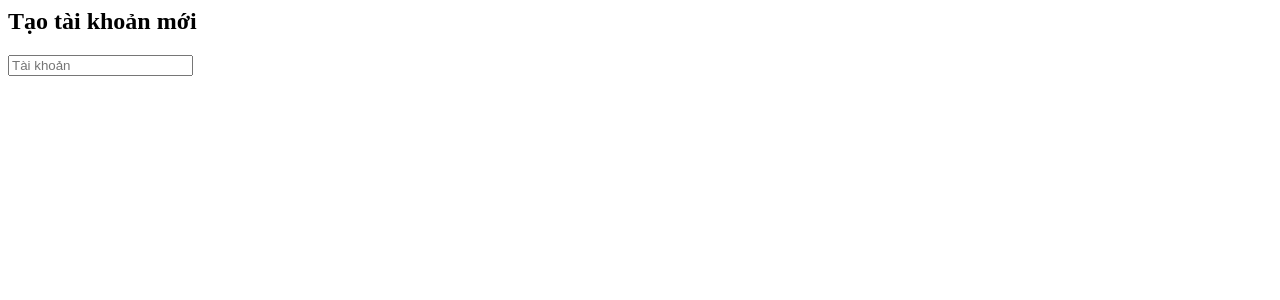
Repository: NguyenNgocThaoo/Nguyen-Ngoc-Thao-22133051
Page: http://localhost/LapTrinhWeb/views/login.jsp
The author's editor kept a copy of each file at every save. The page is drawn from the files as they stood at one save, then again after the next save.
The browser window is 1280 px wide. The pictures show the whole page.
The page is served by Tomcat 10.

Above is the page before, as saved 2024-09-07 08:55:25.

After the next save:
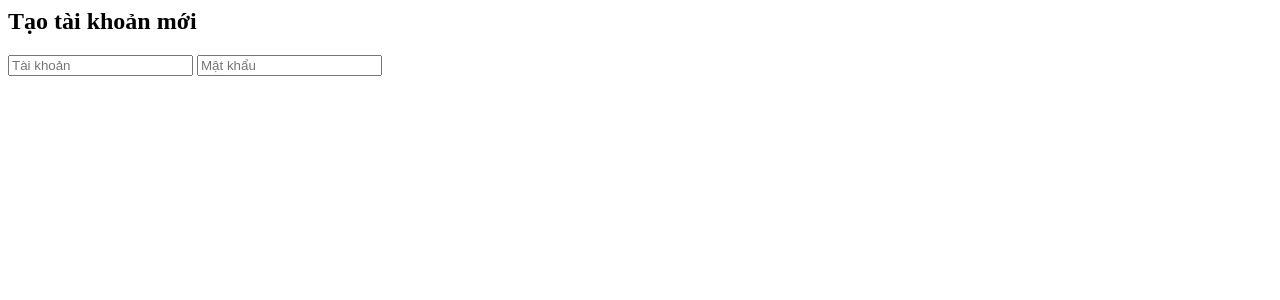
Saved 37 s later.
--- a/LapTrinhWeb/src/main/webapp/views/login.jsp
+++ b/LapTrinhWeb/src/main/webapp/views/login.jsp
@@ -9,6 +9,7 @@
         <div class="input-group">
             <span class="input-group-addon"><i class="fa fa-user"></i></span>
             <input type="text" placeholder="Tài khoản" name="username" class="form-control">
+            <input type="text" placeholder="Mật khẩu" name="password" class="form-control">
         </div>
     </label>
 </section>
